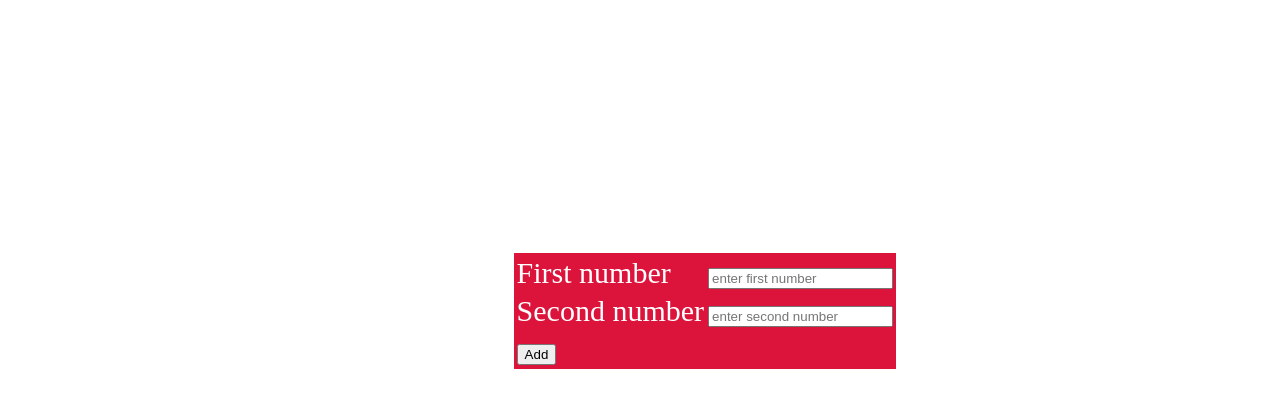
Repository: vima107/JDBC-CRUD-OPERATIONS
Page: addition/src/main/webapp/index.html
An editor plug-in stored every save of this project. The page is shown before and after the next save, followed by the edit.
The browser window is 1280 px wide. The pictures show the whole page.

Above is the page before, as saved 2024-10-09 10:46:43.

### addition/src/main/webapp/index.html
<!DOCTYPE html>
<html>
<head>
<meta charset="UTF-8">
<title>Insert title here</title>
</head>
<body>

	<table style="margin-left:40%;margin-top:20%;background-color:crimson; font-size:30px;color:white">
	<form action="/addition/Add">
		<tr>
			<td>First number</td>
			<td><input type="text" name="firstNumber" placeholder="enter first number"></td>
		</tr>
		<tr>
			<td>Second number</td>
			<td><input type="text" name="secondNumber" placeholder="enter second number"></td>
		</tr>
		<tr>
			<td><input type="submit" value="Add"></td>
		</tr>
	</form>
	</table>
</body>
</html>

After the next save:
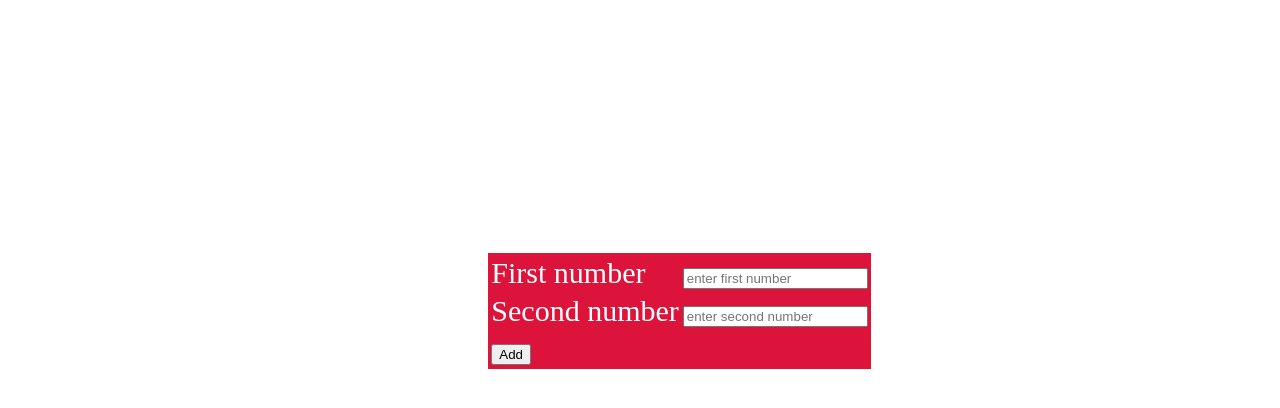
Saved 61 s later.
--- a/addition/src/main/webapp/index.html
+++ b/addition/src/main/webapp/index.html
@@ -6,7 +6,7 @@
 </head>
 <body>
 
-	<table style="margin-left:40%;margin-top:20%;background-color:crimson; font-size:30px;color:white">
+	<table style="margin-left:38%;margin-top:20%;background-color:crimson; font-size:30px;color:white">
 	<form action="/addition/Add">
 		<tr>
 			<td>First number</td>
